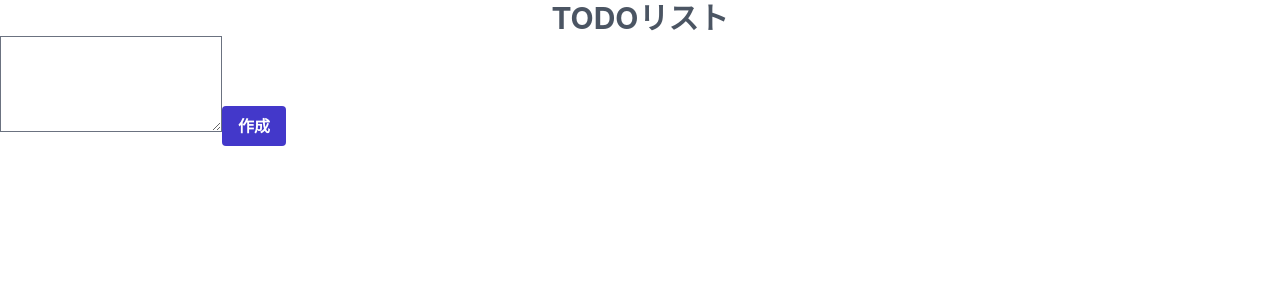
Repository: 1718wani/tsmemoapp
Page: /
An editor plug-in stored every save of this project. The page is shown before and after the next save, followed by the edit.
The browser window is 1280 px wide. The pictures show the whole page.
The project was rebuilt for these pictures with package versions that can differ from the ones it lists, and the page was loaded fresh each time. Also part of the build but not shown: webpack.config.js, src/App.css.

Above is the page before, as saved 2023-06-10 20:35:18.

### src/index.tsx
import React from 'react';
import ReactDOM from 'react-dom/client';
import './index.css';
import App from './App';
import  "../src/input.css"

const root = ReactDOM.createRoot(
  document.getElementById('root') as HTMLElement
);
root.render(
  <React.StrictMode>
    <App />
  </React.StrictMode>
);

### src/App.tsx
import React, { FC, useState } from "react";
import "./App.css";
import { type } from "os";

function App() {
  const [inputValue, setInputValue] = useState("");
  const [notes, setNotes] = useState<Note[]>([]);
  const [imagePreview, setImagePreview] = useState<string | undefined>();

  type Note = {
    inputValue: string;
    id: number;
    checked: boolean;
    imageUrl?: string;
  };

  const handleChange = (e: React.ChangeEvent<HTMLTextAreaElement>) => {
    setInputValue(e.target.value);
  };

  const handleSubmit = (e: React.FormEvent<HTMLFormElement>) => {
    e.preventDefault();

    const newNote: Note = {
      inputValue: inputValue,
      id: notes.length,
      checked: false,
      imageUrl: imagePreview,
    };

    setNotes([newNote, ...notes]);
    setImagePreview(undefined);
    setInputValue("");
  };

  const handlePaste = (event: React.ClipboardEvent<HTMLTextAreaElement>) => {
    const items = event.clipboardData?.items;
    console.log(items);

    if (items) {
      for (let i = 0; i < items.length; i++) {
        const item = items[i];
        if (item.type.indexOf("image") !== -1) {
          console.log(item);
          const file = item.getAsFile();
          const blob = new Blob([file!], { type: file!.type });
          const imageUrl = URL.createObjectURL(blob);
          setImagePreview(imageUrl);
        }
      }
    }
  };

  return (
    <div>
      <div>
        <h2 className="font-bold text-center text-gray-600 text-3xl" >TODOリスト</h2>
        <div>

        </div>
        <form onSubmit={(e) => handleSubmit(e)}>
          <textarea
            value={inputValue}
            onPaste={handlePaste}
            onChange={(e) => handleChange(e)}
            className="border border-gray-500 focus:border-blue-500 h-24 "
          />
          <button>
          <input type="submit" value="作成" className="bg-indigo-700 font-semibold text-white py-2 px-4 rounded " />
          </button>

        </form>
        <div>
          {imagePreview && <img src={imagePreview} alt="Pasted preview" />}
        </div>
        <ul>
          {notes.map((todo) => (
            <li key={todo.id}>{todo.inputValue}</li>
          ))}
        </ul>
      </div>
    </div>
  );
}

export default App;

### src/input.css
@tailwind base;
@tailwind components;

.btn{
    @apply font-semibold text-white py-2 px-4 rounded;
}

@tailwind utilities;

Loaded but not shown: public/index.html (common file); src/index.css (common file); tailwind.config.js (common file)

After the next save:
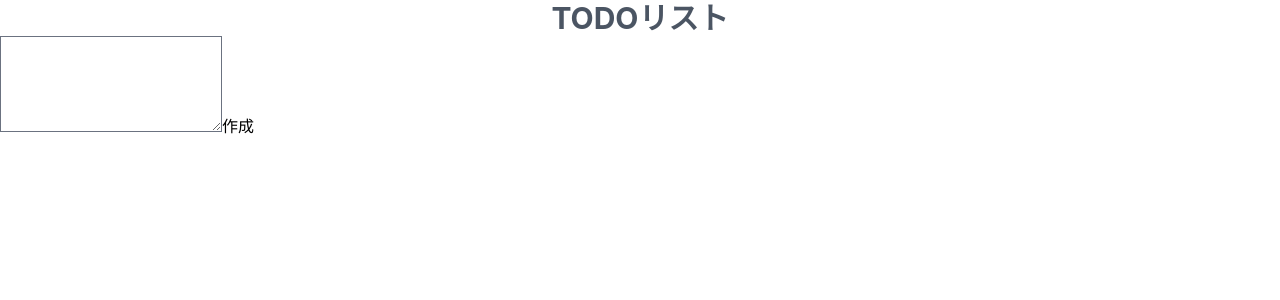
Saved 12 s later.
--- a/src/App.tsx
+++ b/src/App.tsx
@@ -66,7 +66,7 @@
             className="border border-gray-500 focus:border-blue-500 h-24 "
           />
           <button>
-          <input type="submit" value="作成" className="bg-indigo-700 font-semibold text-white py-2 px-4 rounded " />
+          <input type="submit" value="作成"  />
           </button>
 
         </form>

After the 4 saves that followed:
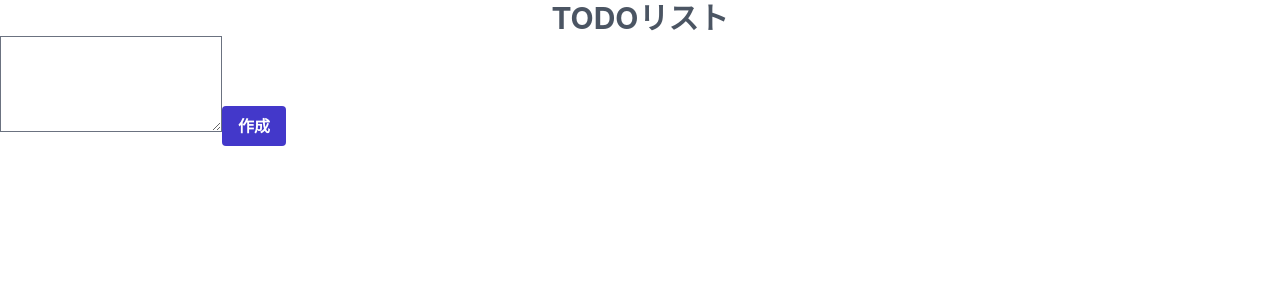
The 4 saves are shown as one change because 1 did not build or start and some came seconds apart.
The last was saved 15 s later.
--- a/src/App.tsx
+++ b/src/App.tsx
@@ -65,7 +65,7 @@
             onChange={(e) => handleChange(e)}
             className="border border-gray-500 focus:border-blue-500 h-24 "
           />
-          <button>
+          <button className="bg-indigo-700 font-semibold text-white py-2 px-4 rounded">
           <input type="submit" value="作成"  />
           </button>
 
